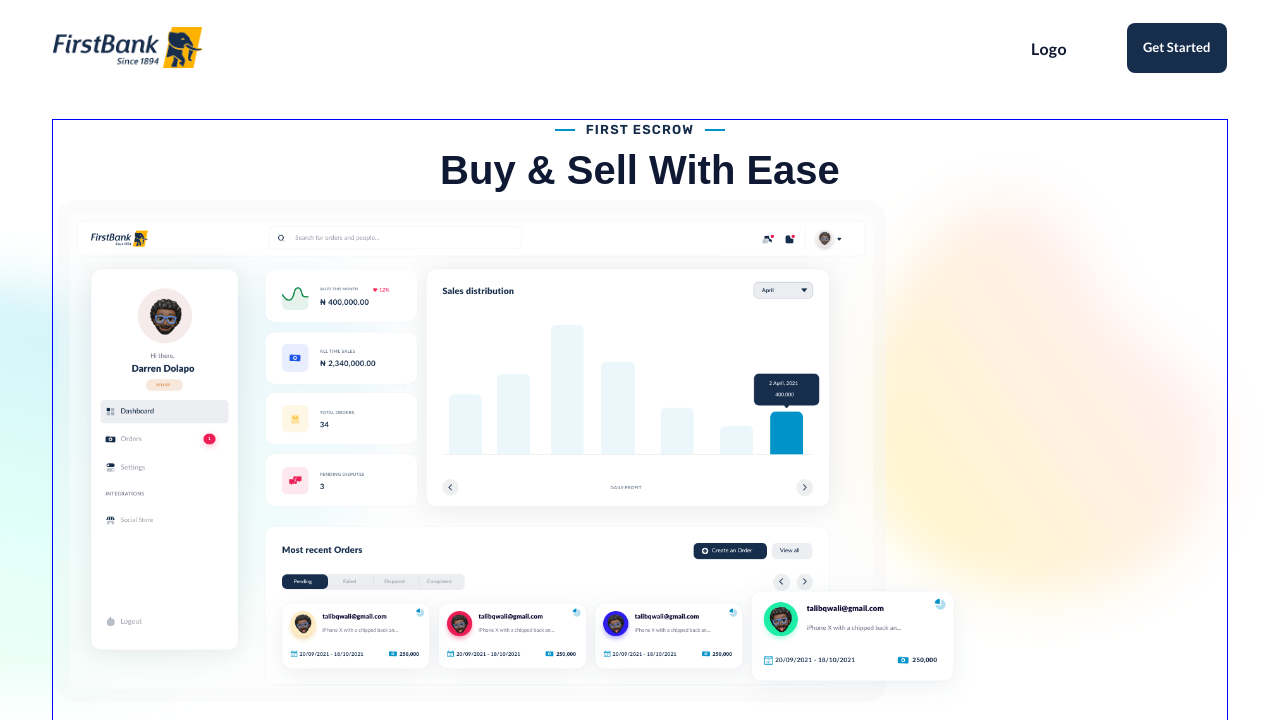
Repository: Pepperest-dev/First_Escrow_Home
Page: index.html
The author's editor kept a copy of each file at every save. The page is drawn from the files as they stood at one save, then again after the next save.
The browser window is 1280 px wide. The pictures show the whole page.

Above is the page before, as saved 2021-09-25 20:58:04.

After the next save:
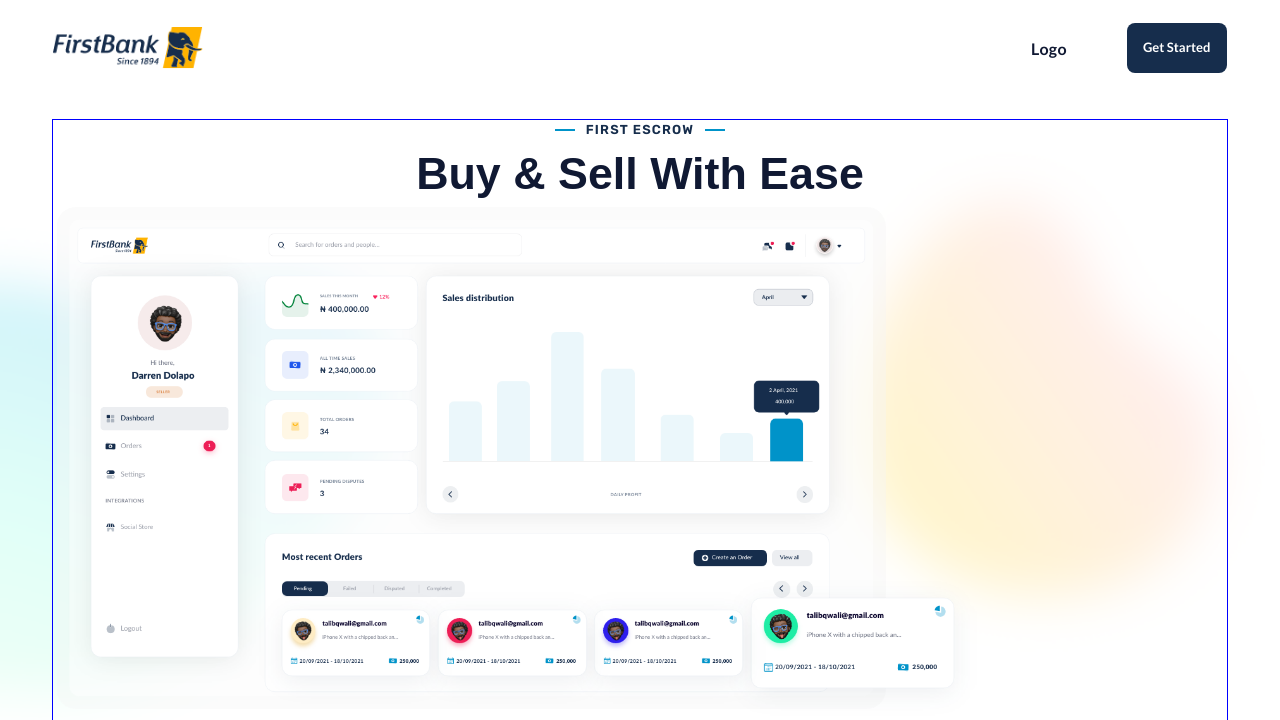
Saved 31 s later.
--- a/Styles/styles.css
+++ b/Styles/styles.css
@@ -115,5 +115,5 @@
   color: var(--darkBlueTextColor);
   font-family: var(--arialFontFamily);
   font-weight: bold;
-  font-size: 2.5rem;
+  font-size: 2.8rem;
 }
